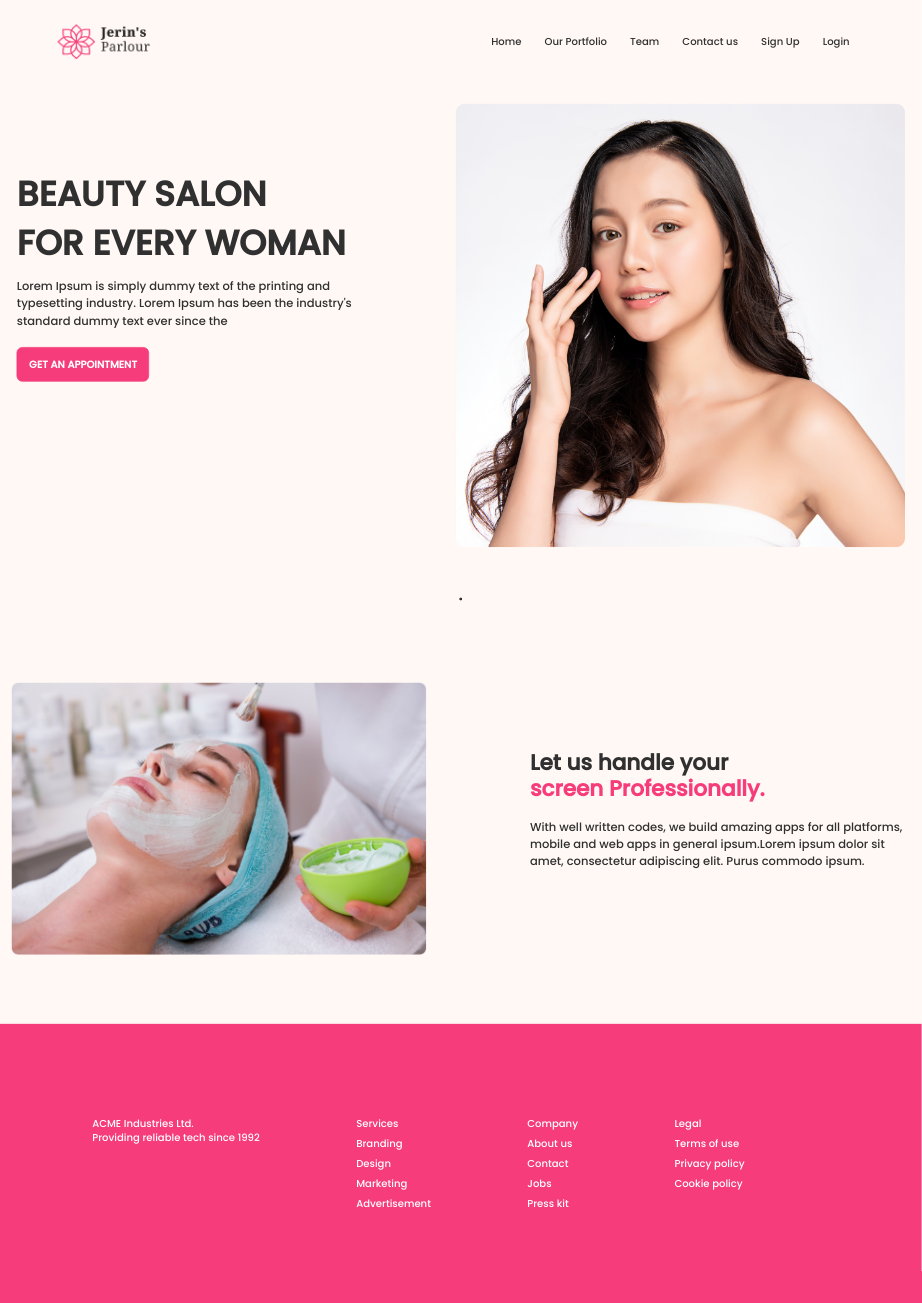
Repository: Wahid137/jerins-parlour-client
Page: /
An editor plug-in stored every save of this project. The page is shown before and after the next save, followed by the edit.
The browser window is 1280 px wide. The pictures show the whole page, at 72% of full size.
The page's requests for data from a server got no answer. The project was rebuilt for these pictures with package versions that can differ from the ones it lists, and the page was loaded fresh each time. No one was signed in, and anything a server would have sent is missing. Also part of the build but not shown: src/App.css, src/Pages/Home/Services/ServicesCard.js.

Above is the page before, as saved 2023-07-16 04:28:35.

After the next save:
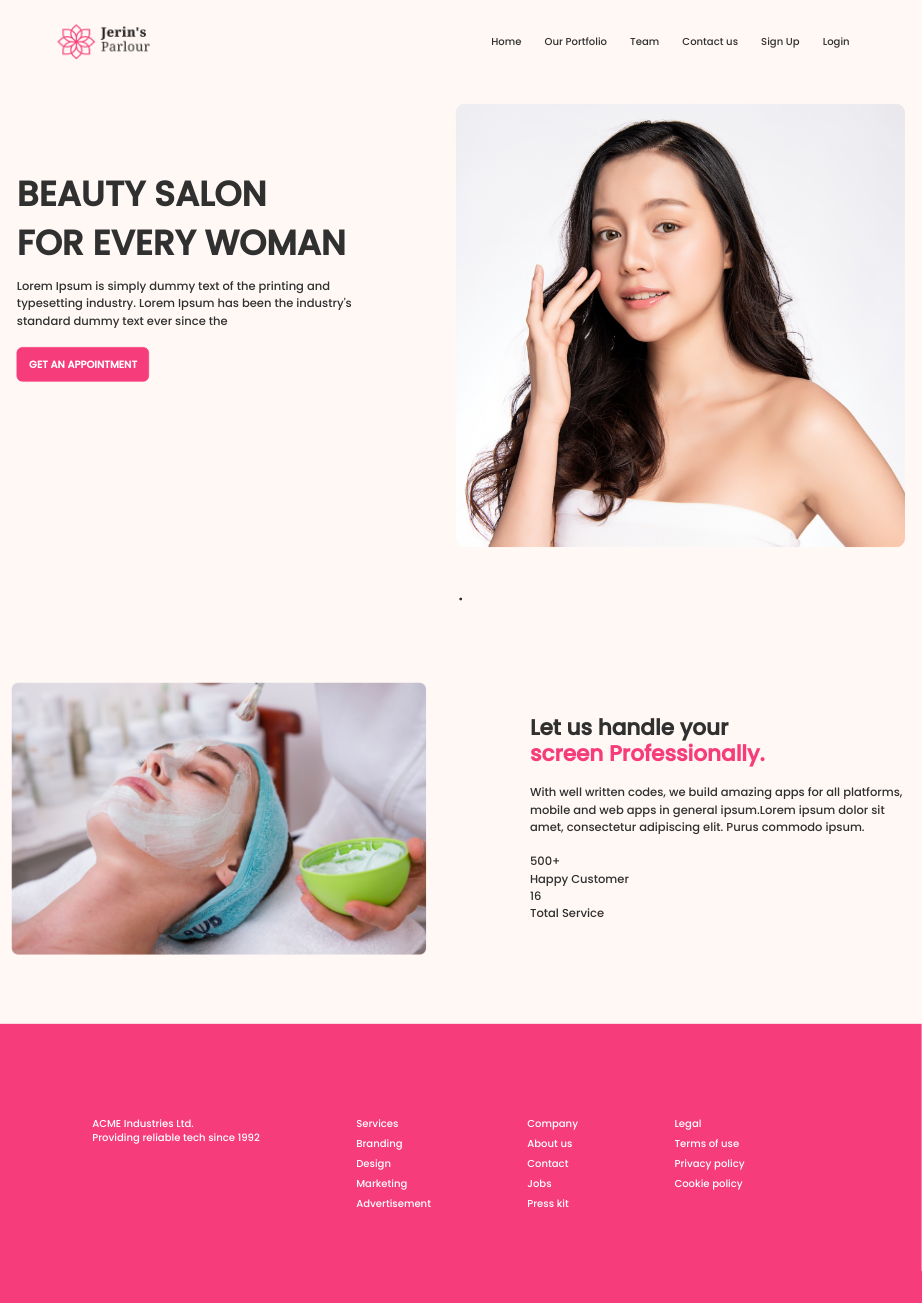
Saved 2 min 7 s later.
--- a/src/Pages/Home/Screen/Screen.js
+++ b/src/Pages/Home/Screen/Screen.js
@@ -9,6 +9,16 @@ const Screen = () => {
                 <div className='lg:w-1/2 ms-32'>
                     <h1 className="text-3xl font-semibold">Let us handle your <br /><span className='text-primary'>screen Professionally.</span></h1>
                     <p className="py-6">With well written codes, we build amazing apps for all platforms, mobile and web apps in general ipsum.Lorem ipsum dolor sit amet, consectetur adipiscing elit. Purus commodo ipsum.</p>
+                    <div>
+                        <div>
+                            <p>500+</p>
+                            <p>Happy Customer</p>
+                        </div>
+                        <div>
+                            <p>16</p>
+                            <p>Total Service</p>
+                        </div>
+                    </div>
                 </div>
             </div>
         </div>
